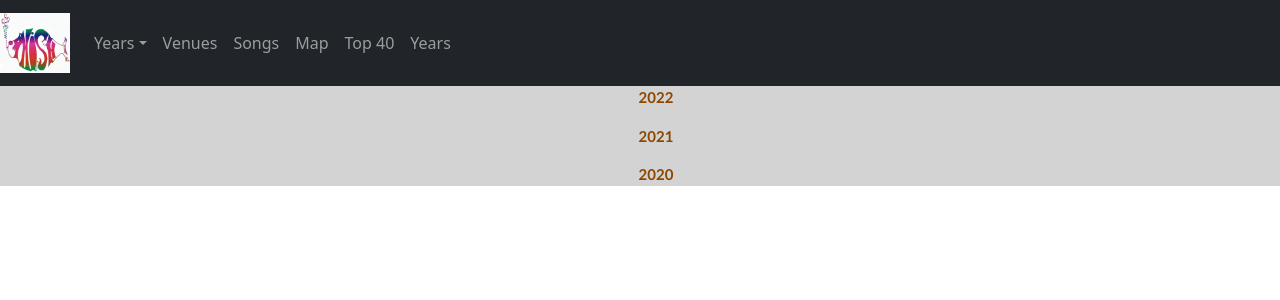
Repository: Jcparks84/gonePhishin
Page: / (app in my-app/)
An editor plug-in stored every save of this project. The page is shown before and after a run of saves, followed by the edit.
The browser window is 1280 px wide. The pictures show the whole page.
The page's requests for data from a server got no answer. The project was rebuilt for these pictures with package versions that can differ from the ones it lists, and the page was loaded fresh each time. No one was signed in, and anything a server would have sent is missing. Also part of the build but not shown: my-app/src/components/audioPlayer/audioPlayer.js.

Above is the page before, as saved 2022-08-16 18:30:17.

### my-app/src/App.js
import './App.css';
import AudioPlayer from './components/audioPlayer/audioPlayer';
import Navbar from './components/navbar/navBar'
import YearPage from './pages/yearPage/yearPage';



function App() {
  const apiKey = process.env.REACT_APP_API_KEY


  return (
    <div className="App">
      <div>
      <Navbar fixed="top" />
      </div>
      <div>
        <YearPage/>
      </div>
      {/* <div>
        <AudioPlayer/>
      </div> */}

    </div>

  );
}

export default App;

### my-app/src/App.css
.App {
  text-align: center;
  background-color: #d3d3d3;
}

.App-logo {
  height: 40vmin;
  pointer-events: none;
}

@media (prefers-reduced-motion: no-preference) {
  .App-logo {
    animation: App-logo-spin infinite 20s linear;
  }
}

.App-header {
  background-color: #282c34;
  min-height: 100vh;
  display: flex;
  flex-direction: column;
  align-items: center;
  justify-content: center;
  font-size: calc(10px + 2vmin);
  color: white;
}

.App-link {
  color: #61dafb;
}

@keyframes App-logo-spin {
  from {
    transform: rotate(0deg);
  }
  to {
    transform: rotate(360deg);
  }
}

### my-app/src/components/navbar/navBar.js
import logo from '../images/phish.png'
import './navBar.css';
import 'bootstrap/dist/css/bootstrap.css'
import { Nav, Navbar, NavDropdown } from 'react-bootstrap'
import AudioPlayer from '../audioPlayer/audioPlayer';
import YearPage from '../../pages/yearPage/yearPage';



function NavBar() {
  return (
    <div className="navBar">
      <Navbar bg="dark" variant="dark"
        sticky="top" expand="sm" collapseOnSelect>
        <Navbar.Brand>
          <img src={logo} width="70px" height="60px" />{' '}
        </Navbar.Brand>

        <Navbar.Toggle className="coloring" />
        <Navbar.Collapse>
          <Nav>
            <NavDropdown title="Years">
              <NavDropdown.Item href="#years/2021">2021</NavDropdown.Item>
              <NavDropdown.Item href="#years/2020">2020</NavDropdown.Item>
              <NavDropdown.Item href="#years/2019">2019</NavDropdown.Item>
            </NavDropdown>
            <Nav.Link href="#Venues">Venues</Nav.Link>
            <Nav.Link href="#contact-us">Songs</Nav.Link>
            <Nav.Link href="#contact-us">Map</Nav.Link>
            <Nav.Link href="#contact-us">Top 40</Nav.Link>
            <Nav.Link path="#years">{YearPage}Years</Nav.Link>

          </Nav>
        </Navbar.Collapse>

      </Navbar>
    </div>
  );
}


export default NavBar;

### my-app/src/pages/yearPage/yearPage.js
import React from 'react'
import './yearPage.css'


function YearPage(){
    return(
        <div className='container'>
                <ul>
                    <p>2022</p>
                    <p>2021</p>
                    <p>2020</p>
                </ul>
        </div>
    )
}

export default YearPage;

### my-app/src/components/navbar/navBar.css
.bg-myRed{
    background-color: crimson;
  }

  .content{
    padding: 12px;
    height: 3000px;
  }

  .coloring{
    color: black;
  }

  nav.link {
    align-items: center;
  }

### my-app/src/pages/yearPage/yearPage.css

.container {
    color: #8C4600;
    font-family: "Trebuchet MS", Arial, Helvetica, sans-serif;
    font-weight: bold;
    font-size: 15px;}


li {
    text-align: left;
    font-size: 25px;
    border-bottom:solid black 1px;
    width: 130%;
    margin-left: 0%;
}

ul {
    list-style-type: none;
}

Loaded but not shown: my-app/public/index.html (common file); my-app/src/index.js (common file); my-app/src/index.css (common file); my-app/src/reportWebVitals.js (common file)

After the next 3 saves:
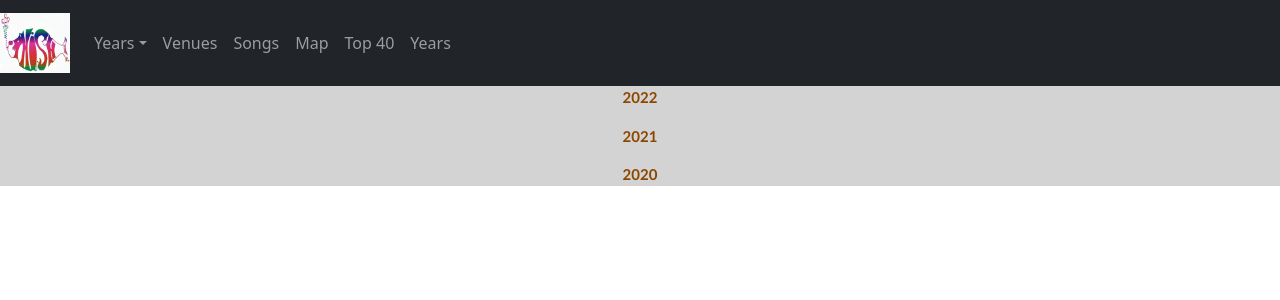
The 3 saves are shown as one change because they came seconds apart.
The last was saved 20 s later.
--- a/my-app/src/pages/yearPage/yearPage.js
+++ b/my-app/src/pages/yearPage/yearPage.js
@@ -5,11 +5,9 @@ import './yearPage.css'
 function YearPage(){
     return(
         <div className='container'>
-                <ul>
-                    <p>2022</p>
+                <p>2022</p>
                     <p>2021</p>
                     <p>2020</p>
-                </ul>
         </div>
     )
 }
